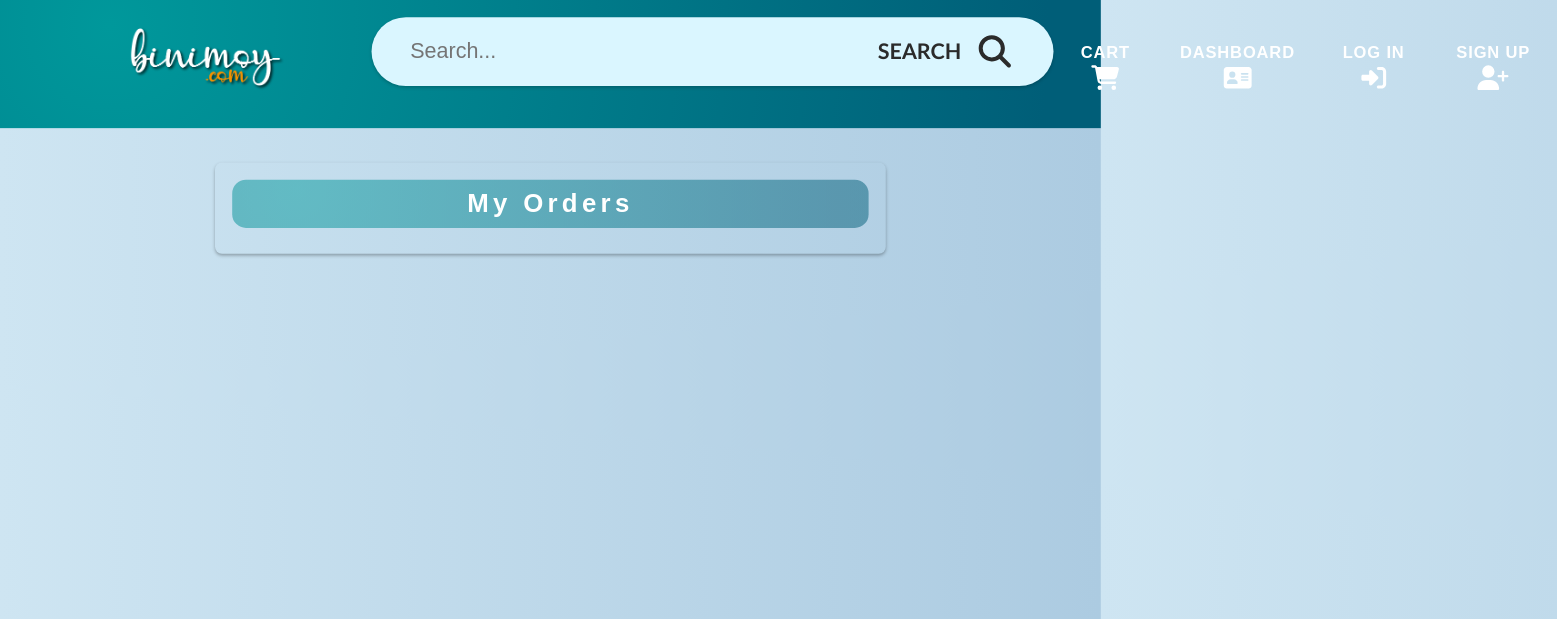
Repository: Shadman2024/2_1_DatabaseProject
Page: /orders (app in frontend/)
The author's editor kept a copy of each file at every save. The page is drawn from the files as they stood at one save, then again after the next save.
The browser window is 1280 px wide. The page is 1811 px wide, so the pictures cover 1811 px, including what lies to the right of the window. The pictures show the whole page, at 86% of full size.
The page's requests for data from a server got no answer. Some web libraries are served in a nearby version. The project was rebuilt for these pictures with package versions that can differ from the ones it lists, and the page was loaded fresh each time. No one was signed in, and anything a server would have sent is missing. Also part of the build but not shown: frontend/src/App.css, frontend/src/signUp/signup.js, frontend/src/logIn/login.js, frontend/src/Home/home.module.css, frontend/src/Home/hero.js, frontend/src/Home/hero2.js, frontend/src/Home/hero3.js, frontend/src/Home/smallcategory.module.css and 34 more.

Above is the page before, as saved 2024-03-09 14:07:43.

### frontend/public/index.html
<!DOCTYPE html>
<html lang="en">

<head>
  <meta charset="utf-8" />
  <link rel="icon" href="%PUBLIC_URL%/favicon.ico" />
  <meta name="viewport" content="width=device-width, initial-scale=1" />
  <meta name="theme-color" content="#000000" />
  <meta name="description" content="Web site created using create-react-app" />
  <link rel="apple-touch-icon" href="%PUBLIC_URL%/logo192.png" />
  <!--
      manifest.json provides metadata used when your web app is installed on a
      user's mobile device or desktop. See https://developers.google.com/web/fundamentals/web-app-manifest/
    -->
  <link rel="manifest" href="%PUBLIC_URL%/manifest.json" />
  <link href="https://cdn.jsdelivr.net/npm/bootstrap@5.0.2/dist/css/bootstrap.min.css" rel="stylesheet"
    integrity="sha384-EVSTQN3/azprG1Anm3QDgpJLIm9Nao0Yz1ztcQTwFspd3yD65VohhpuuCOmLASjC" crossorigin="anonymous">
  <!--
      Notice the use of %PUBLIC_URL% in the tags above.
      It will be replaced with the URL of the `public` folder during the build.
      Only files inside the `public` folder can be referenced from the HTML.

      Unlike "/favicon.ico" or "favicon.ico", "%PUBLIC_URL%/favicon.ico" will
      work correctly both with client-side routing and a non-root public URL.
      Learn how to configure a non-root public URL by running `npm run build`.
    -->
  <title>React App</title>
</head>

<body style="background: linear-gradient(to right, #cee5f2, #accbe1);
/* Other styles */
margin: 0;
height: 100vh;
color: white;">
<!-- <body style="background: #1B1B1B"> -->


  <noscript>You need to enable JavaScript to run this app.</noscript>
  <div id="root"></div>
  <!--
      This HTML file is a template.
      If you open it directly in the browser, you will see an empty page.

      You can add webfonts, meta tags, or analytics to this file.
      The build step will place the bundled scripts into the <body> tag.

      To begin the development, run `npm start` or `yarn start`.
      To create a production bundle, use `npm run build` or `yarn build`.
    -->
  <script src="https://cdn.jsdelivr.net/npm/bootstrap@5.0.2/dist/js/bootstrap.bundle.min.js"
    integrity="sha384-MrcW6ZMFYlzcLA8Nl+NtUVF0sA7MsXsP1UyJoMp4YLEuNSfAP+JcXn/tWtIaxVXM"
    crossorigin="anonymous"></script>
  <script src="https://cdn.jsdelivr.net/npm/@popperjs/core@2.9.2/dist/umd/popper.min.js"
    integrity="sha384-IQsoLXl5PILFhosVNubq5LC7Qb9DXgDA9i+tQ8Zj3iwWAwPtgFTxbJ8NT4GN1R8p"
    crossorigin="anonymous"></script>
  <script src="https://cdn.jsdelivr.net/npm/bootstrap@5.0.2/dist/js/bootstrap.min.js"
    integrity="sha384-cVKIPhGWiC2Al4u+LWgxfKTRIcfu0JTxR+EQDz/bgldoEyl4H0zUF0QKbrJ0EcQF"
    crossorigin="anonymous"></script>
  <script src="https://code.jquery.com/jquery-3.2.1.slim.min.js"
    integrity="sha384-KJ3o2DKtIkvYIK3UENzmM7KCkRr/rE9/Qpg6aAZGJwFDMVNA/GpGFF93hXpG5KkN"
    crossorigin="anonymous"></script>
  <script src="https://cdnjs.cloudflare.com/ajax/libs/popper.js/1.12.3/umd/popper.min.js"
    integrity="sha384-vFJXuSJphROIrBnz7yo7oB41mKfc8JzQZiCq4NCceLEaO4IHwicKwpJf9c9IpFgh"
    crossorigin="anonymous"></script>
  <script src="https://maxcdn.bootstrapcdn.com/bootstrap/4.0.0-beta.2/js/bootstrap.min.js"
    integrity="sha384-alpBpkh1PFOepccYVYDB4do5UnbKysX5WZXm3XxPqe5iKTfUKjNkCk9SaVuEZflJ"
    crossorigin="anonymous"></script>


</body>

</html>

### frontend/src/index.css
*{
  margin: 0;
  outline: none;
}
body {
  margin: 0;
  font-family: -apple-system, BlinkMacSystemFont, 'Segoe UI', 'Roboto', 'Oxygen',
    'Ubuntu', 'Cantarell', 'Fira Sans', 'Droid Sans', 'Helvetica Neue',
    sans-serif;
  -webkit-font-smoothing: antialiased;
  -moz-osx-font-smoothing: grayscale;
}

code {
  font-family: source-code-pro, Menlo, Monaco, Consolas, 'Courier New',
    monospace;
}
html {
  scroll-behavior: smooth;
  position: relative;
  min-height: 100%;
  overflow-x: hidden;
}

### frontend/src/signUp/signup.module.css

.login_box {
  position: absolute;
  top: 50%;
  left: 50%;
  width: 400px;
  padding: 40px;
  margin: 20px auto;
  transform: translate(-50%, -55%);
  background-image: radial-gradient( circle farthest-corner at 10% 20%,  rgba(0,152,155,1) 0.1%, rgba(0,94,120,1) 94.2% );
  box-sizing: border-box;
  box-shadow: 0 15px 25px rgba(0,0,0,.6);
  border-radius: 10px;
  color: #ffffff;
  font-size: large;
  /* padding-left: 100px;
  padding-right: 100px; */
}
.login_box .user_box {
  position: relative;
}

.login_box .user_box input {
  width: 100%;
  padding: 10px 0;
  font-size: 16px;
  color: #fffdfd;
  margin-bottom: 30px;
  border: none;
  /* background-color: #0F1F2A; */
  border-bottom: 1px solid #ffffff;
  outline: none;
  background: transparent;
  font-size: larger;
  /* font-weight: bolder; */
}

.login_box .user_box label {
  position: absolute;
  top: -20px;
  left: 0;
  padding: 10px 0;
  font-size: 20px;
  color: #ffffff;
  /* background-color: #2E5D7F; */
  pointer-events: none;
  transition: .5s;
  font-size: large;
  /* padding: 0px;
  padding-left: 20%;
  padding-right: 20%; */
  font-weight: bold;
}

.login_box .user_box input:focus ~ label,
.login_box .user_box input:valid ~ label {
  /* top: -20px; */
  left: 0;
  color: #ffffff;
  font-size: 20px;
  /* background-color: #242424; */
  padding: 0px;
  padding-left: 10px;
  padding-right: 10px;
  font-weight: bolder;
}


.login_box p:first-child {
  margin: 0 0 30px;
  padding: 0;
  color: #ffffff;
  text-align: center;
  font-size: 1.5rem;
  font-weight: bold;
  letter-spacing: 1px;
  padding-bottom: 30px;
}




.animated_button {
  position: relative;
  display: inline-block;
  padding: 12px 24px;
  border: none;
  font-size: 16px;
  background-color: inherit;
  border-radius: 100px;
  font-weight: 600;
  color: #ffffff;
  box-shadow: 0 0 0 2px #ffffff00;
  cursor: pointer;
  overflow: hidden;
  transition: all 0.6s cubic-bezier(0.23, 1, 0.320, 1);
  text-align: center;
  font-size: 1.2rem;
  /* font-weight: bold; */
  letter-spacing: 1px;
  /* padding-bottom: 30px; */
}

.animated_button span:last-child {
  position: absolute;
  top: 50%;
  left: 50%;
  transform: translate(-50%, -50%);
  width: 20px;
  height: 20px;
  background-color: #fff;
  /* color: #000; */
  border-radius: 50%;
  opacity: 0;
  transition: all 0.8s cubic-bezier(0.23, 1, 0.320, 1);
}

.animated_button span:first-child {
  position: relative;
  z-index: 1;
}

.animated_button:hover {
  box-shadow: 0 0 0 3px #ffffff;
  color: #2F0332;
}

.animated_button:active {
  scale: 0.95;
}

.animated_button:hover span:last-child {
  width: 150px;
  height: 150px;
  opacity: 1;
}

input {
  color: white;
  background-color: black;
}

::-ms-reveal {
  filter: invert(100%);
}

/* Chrome, Safari, Edge, Opera */
input::-webkit-outer-spin-button,
input::-webkit-inner-spin-button {
-webkit-appearance: none;
margin: 0;
}

### frontend/src/logIn/login.module.css


.login_box {
  position: absolute;
  top: 50%;
  left: 50%;
  width: 400px;
  padding: 40px;
  margin: 20px auto;
  transform: translate(-50%, -55%);
  background-image: radial-gradient( circle farthest-corner at 10% 20%,  rgba(0,152,155,1) 0.1%, rgba(0,94,120,1) 94.2% );
  box-sizing: border-box;
  box-shadow: 0 15px 25px rgba(0, 0, 0, .6);
  border-radius: 10px;
  color: #ffffff;
  font-size: large;
  /* padding-left: 100px;
  padding-right: 100px; */
}

.login_box .user_box {
  position: relative;
}

.login_box .user_box input {
  width: 100%;
  padding: 10px 0;
  font-size: 16px;
  color: #fffdfd;
  margin-bottom: 30px;
  border: none;
  /* background-color: #0F1F2A; */
  border-bottom: 1px solid #ffffff;
  outline: none;
  background: transparent;
  font-size: larger;
  /* font-weight: bolder; */
}

.login_box .user_box label {
  position: absolute;
  top: -20px;
  left: 0;
  padding: 10px 0;
  font-size: 20px;
  color: #ffffff;
  /* background-color: #2E5D7F; */
  pointer-events: none;
  transition: .5s;
  font-size: large;
  /* padding: 0px;
  padding-left: 20%;
  padding-right: 20%; */
  font-weight: bold;
}

.login_box .user_box input:focus~label,
.login_box .user_box input:valid~label {
  /* top: -20px; */
  left: 0;
  color: #ffffff;
  font-size: 20px;
  /* background-color: #242424; */
  padding: 0px;
  padding-left: 10px;
  padding-right: 10px;
  font-weight: bolder;
}


.login_box p:first-child {
  margin: 0 0 30px;
  padding: 0;
  color: #ffffff;
  text-align: center;
  font-size: 1.5rem;
  font-weight: bold;
  letter-spacing: 1px;
  padding-bottom: 30px;
}




.animated_button {
  position: relative;
  display: inline-block;
  padding: 12px 24px;
  border: none;
  font-size: 16px;
  background-color: inherit;
  border-radius: 100px;
  font-weight: 600;
  color: #ffffff;
  box-shadow: 0 0 0 2px #ffffff00;
  cursor: pointer;
  overflow: hidden;
  transition: all 0.6s cubic-bezier(0.23, 1, 0.320, 1);
  text-align: center;
  font-size: 1.2rem;
  /* font-weight: bold; */
  letter-spacing: 1px;
  /* padding-bottom: 30px; */
}

.animated_button span:last-child {
  position: absolute;
  top: 50%;
  left: 50%;
  transform: translate(-50%, -50%);
  width: 20px;
  height: 20px;
  background-color: #fff;
  /* color: #000; */
  border-radius: 50%;
  opacity: 0;
  transition: all 0.8s cubic-bezier(0.23, 1, 0.320, 1);
}

.animated_button span:first-child {
  position: relative;
  z-index: 1;
}

.animated_button:hover {
  box-shadow: 0 0 0 3px #ffffff;
  color: #2F0332;
}

.animated_button:active {
  scale: 0.95;
}

.animated_button:hover span:last-child {
  width: 150px;
  height: 150px;
  opacity: 1;
}

input {
  color: white;
  background-color: black;
}

::-ms-reveal {
  filter: invert(100%);
}

### frontend/src/dashboard/dashboard.module.css
body {
    /* font-family: Arial, sans-serif; */
    margin: 0;
    padding: 0;
    box-sizing: border-box;
    /* font-size: larger; */
}

.container {
    font-size: 30px;
    display: flex;
    justify-content: space-around;
    margin: 20px;
    margin-left: 130px;
    margin-right: 130px;
}

.user_info,
.order_info {
    flex-basis: 45%;
    padding: 20px;
    box-shadow: 0 0 10px rgba(0, 0, 0, 0.1);
}


.user_photo {
    width: 200px;
    height: 200px;
    object-fit: cover;
    border-radius: 50%;
    margin-bottom: 20px;
}

h2 {
    color: #333;
    margin-bottom: 15px;
}

p {
    line-height: 1.6;
    color: #666;
}

strong {
    color: #333;
}

@media (max-width: 768px) {
    .container {
        flex-direction: column;
        align-items: center;
    }

    .user-info,
    .order-info {
        flex-basis: 90%;
    }
}

.title {
    /* Add styles for your title here */
    margin-bottom: 10px;
    /* Example space between title and wrapper */
    font-size: 30px;
    color: rgb(255, 255, 255);
    font-weight: bolder;
    padding-left: 200px;
    background-image: radial-gradient( circle farthest-corner at 10% 20%,  rgba(0,152,155,1) 0.1%, rgba(0,94,120,1) 94.2% );
    margin-top: 0px;
    letter-spacing: 5px;
}

.animated_button {
    position: relative;
    display: inline-block;
    padding: 12px 24px;
    border: none;
    font-size: 16px;
    background-color: rgb(71, 0, 73);
    border-radius: 100px;
    font-weight: 600;
    color: rgb(255, 255, 255);
    box-shadow: 0 0 0 2px #ffffff00;
    cursor: pointer;
    overflow: hidden;
    transition: all 0.6s cubic-bezier(0.23, 1, 0.320, 1);
    text-align: center;
    font-size: 1.2rem;
    /* font-weight: bold; */
    letter-spacing: 1px;
    /* padding-bottom: 30px; */
}

.animated_button span:last-child {
    position: absolute;
    top: 50%;
    left: 50%;
    transform: translate(-50%, -50%);
    width: 20px;
    height: 20px;
    background-color: rgb(71, 0, 73);
    /* color: #000; */
    border-radius: 50%;
    opacity: 0;
    transition: all 0.8s cubic-bezier(0.23, 1, 0.320, 1);
}

.animated_button span:first-child {
    position: relative;
    z-index: 1;
}

.animated_button:hover {
    box-shadow: 0 0 0 3px #ffffff;
    color: #2F0332;
}

.animated_button:active {
    scale: 0.95;
}

.animated_button:hover span:last-child {
    width: 150px;
    height: 150px;
    opacity: 1;
}
.userDetails {
    margin-bottom: 10px;
    color: #0f0f0f;
    font-size: 30px;
}

.userDetails strong {
    color: #2c2c2c;
    font-weight: bold;
}
.user_photo{
    margin-top: 10px;
}

.userDetail {
    display: flex;
    align-items: center;
    margin-bottom: 10px;
}

.detailLabel, .detailValue {
    margin-right: 100px;
}

.detailLabel {
    /* If you want the labels to have a fixed width for alignment */
    width: 220px;
    font-weight: bold;
    color: #000;
}

.detailValue {
    flex-grow: 1;
    color: #333;
}

/* Your existing styles */

### frontend/src/orders/orders.module.css
/* orders.module.css */
.orders_container {
  padding: 20px;
  /* background: #f5f5f5; */
  border-radius: 8px;
  /* box-shadow: 0 2px 4px rgba(0,0,0,0.1); */
  margin-left: 250px;
  margin-right: 250px;
  margin-left: 250px;
  margin-top: 40px;
  margin-right: 250px;
  padding: 20px;
  /* background-color: #f9f9f9; */
  border-radius: 8px;
  box-shadow: 0 2px 4px rgba(0,0,0,0.3);
  /* background-color: #97adda; */
}

.title {
  font-size: 30px;;
  color: rgb(255, 255, 255);
  font-weight: bolder;
  background-image: radial-gradient( circle farthest-corner at 10% 20%,  rgba(0,152,155,50%) 0.1%, rgba(0,94,120,50%) 94.2% );
  margin-top: 0px;
  /* background-color: #ba96db; */
  letter-spacing: 5px;
  margin-bottom: 0px;
  padding-bottom: 0px;
  border-radius: 0.5rem;
  padding: 10px;
  text-align: center;
  border-radius: 1rem 1rem 1rem 1rem;
  margin-bottom: 10px;
}
.statusSection{
  background-color:#b894d9 ;
  padding: 10px;
  border-radius: 1rem 1rem 1rem 1rem;
}
.order {
  /* background: #ffffff; */
  padding: 15px;
  margin-bottom: 20px;
  /* border-radius: 8px; */
  /* box-shadow: 0 1px 3px rgba(0,0,0,0.12), 0 1px 2px rgba(0,0,0,0.24); */
  font-size: 20px;
  border-radius: 1rem 1rem 1rem 1rem;
  background-color: white;
}

.order h3 {
  color: #0275d8;
  font-size: 20px;
  margin-top: 0;
  margin-bottom: 10px;
}

.order p {
  color: #313131;
  margin: 5px 0;
}

ul {
  list-style-type: none;
  padding: 0;
}

li {
  margin: 5px 0;
  color: #363636;
}

strong {
  color: #333;
}

/* Specific styles for shipping and payment sections */
.order > div {
  margin-top: 10px;
  padding-top: 10px;
  border-top: 1px solid #eee;
}

/* Adjust the below properties as per your UI requirements */
.orders_table {
  width: 100%;
  border-collapse: collapse;
}

.orders_table th, .orders_table td {
  text-align: left;
  padding: 8px;
  border-bottom: 1px solid #ddd;
}

.orders_table th {
  background-color: #f9f9f9;
}
.orders_table {
  width: 100%;
  margin-top: 10px;
  border-collapse: collapse;
}

.orders_table th, .orders_table td {
  text-align: left;
  padding: 8px;
  border-bottom: 1px solid #ddd;
}

.orders_table th {
  background-color: teal;
  /* color: #313131; */
}
.orders_table td {
  background-color: #e0e0e0;
  color: #313131;
}
.options{
  width: 50%;
  color: #313131;

}

.optioncontainer{
  width: 50%;
  text-align: center;
  height: 70px;
  border: 1px solid #11111100;
  border-radius: 1rem 1rem 1rem 1rem;
}

### frontend/src/Home/hero.module.css
.hero {
    /* height: 100vh; */
    background: linear-gradient(180deg, #fde1ff, #e1ffea22 60%);
    display: flex;
    margin-bottom: 25px;
}

.hero_left {
    flex: 1;
    display: flex;
    flex-direction: column;
    /* justify-content: center; */
    padding-top: 10px;
    gap: 2px;
    padding-left: 10px;
    line-height: 1.1;
}

.hero_left h2 {
    color: rgb(41, 0, 35);
    font-size: 26 px;
    font-weight: 600;
}

.hero_left p {
    color: rgb(50, 0, 54);
    font-size: 100px;
    font-weight: 600;
}

.hero_hand_icon {
    display: flex;
    align-items: center;
    gap: 20px;
}

.image {
    /* max-width: 100%; */
    width: 199%;
    height: 500px;
    display: block; /* Ensure images resize within their container */
    border: 2px solid black;
    border-radius: 0.4rem;
  }

/* .hero-latest-btn{
    display: flex;
    justify-content: center;
    align-items: center;
    gap: 15px;
    width: 310px;
    height: 70px;
    background: #3d1a3f;
    color: white;
    font-size: 22px;
    font-weight: 500;

} */

.hero_right {
    flex: 1;
    display: flex;
    align-items: center;
    justify-content: center;
}

button {
    position: relative;
    display: inline-block;
    cursor: pointer;
    outline: none;
    border: 0;
    vertical-align: middle;
    text-decoration: none;
    background: transparent;
    padding: 0;
    font-size: inherit;
    font-family: inherit;
}

button.learn_more {
    width: 12rem;
    height: auto;
}

button.learn_more .circle {
    transition: all 0.45s cubic-bezier(0.65, 0, 0.076, 1);
    position: relative;
    display: block;
    margin: 0;
    width: 3rem;
    height: 3rem;
    background: #ffffff;
    border-radius: 1.625rem;
}

button.learn_more .circle .icon {
    transition: all 0.45s cubic-bezier(0.65, 0, 0.076, 1);
    position: absolute;
    top: 0;
    bottom: 0;
    margin: auto;
    background: #ffffff;
}

button.learn_more .circle .icon {
    transition: all 0.45s cubic-bezier(0.65, 0, 0.076, 1);
    left: 0.625rem;
    width: 1.125rem;
    height: 0.125rem;
    background: none;
}

button.learn_more .circle .icon::before {
    position: absolute;
    content: "";
    top: -0.29rem;
    right: 0.0625rem;
    width: 0.625rem;
    height: 0.625rem;
    border-top: 0.125rem solid #020202;
    border-right: 0.125rem solid #000000;
    transform: rotate(45deg);
}

button.learn_more .button_text {
    transition: all 0.45s cubic-bezier(0.65, 0, 0.076, 1);
    position: absolute;
    top: 0;
    left: 0;
    right: 0;
    bottom: 0;
    padding: 0.75rem 0;
    margin: 0 0 0 1.85rem;
    color: #ffffff;
    font-weight: 700;
    line-height: 1.6;
    text-align: center;
    text-transform: uppercase;
}

button:hover .circle {
    width: 100%;
}

button:hover .circle .icon{
    background: #000000;
    transform: translate(1rem, 0);
}

button:hover .button_text {
    color: #000000;
}

### frontend/src/Home/hero3.module.css
.hero {
    height: 10vh;
    /* Layer the gradient over the image */
    background-image: linear-gradient(90deg, #ffffff, #ffffff22 70%), url('hero3image.jpg');
    background-size: cover; /* Cover the entire area */
    background-position: center; /* Center the image */
    display: flex;
    padding-top: 20%;
    padding-bottom: 20%;
    /* If you want the image to not scroll with the page, use the following line */
    background-attachment: fixed;
}


.hero_left {
    flex: 1;
    display: flex;
    flex-direction: column;
    justify-content: center;
    gap: 20px;
    padding-left: 180px;
    line-height: 1.1;
}

.hero_left h2 {
    color: rgb(46, 0, 27);
    font-size: 26px; /* Corrected the space issue between '26' and 'px' */
    font-weight: 600;
    /* text-shadow: 2px 2px 4px rgba(0, 0, 0, 0.9); Example shadow: horizontal, vertical, blur, color */
}

.hero_left p {
    color: rgb(58, 0, 50);
    font-size: 100px;
    font-weight: 600;
    /* text-shadow: 3px 9px 9px rgba(0, 0, 0, 0.9); Slightly larger shadow for larger text */
}


.hero_hand_icon {
    display: flex;
    align-items: center;
    gap: 20px;
}

/* .hero-latest-btn{
    display: flex;
    justify-content: center;
    align-items: center;
    gap: 15px;
    width: 310px;
    height: 70px;
    background: #3d1a3f;
    color: white;
    font-size: 22px;
    font-weight: 500;

} */

.hero_right {
    flex: 1;
    display: flex;
    align-items: center;
    justify-content: center;
}

button {
    position: relative;
    display: inline-block;
    cursor: pointer;
    outline: none;
    border: 0;
    vertical-align: middle;
    text-decoration: none;
    background: transparent;
    padding: 0;
    font-size: inherit;
    font-family: inherit;
}

button.learn_more {
    width: 12rem;
    height: auto;
}

button.learn_more .circle {
    transition: all 0.45s cubic-bezier(0.65, 0, 0.076, 1);
    position: relative;
    display: block;
    margin: 0;
    width: 3rem;
    height: 3rem;
    background: #360029;
    border-radius: 1.625rem;
}

button.learn_more .circle .icon {
    transition: all 0.45s cubic-bezier(0.65, 0, 0.076, 1);
    position: absolute;
    top: 0;
    bottom: 0;
    margin: auto;
    background: #1d0018;
}

button.learn_more .circle .icon {
    transition: all 0.45s cubic-bezier(0.65, 0, 0.076, 1);
    left: 0.625rem;
    width: 1.125rem;
    height: 0.125rem;
    background: none;
}

button.learn_more .circle .icon::before {
    position: absolute;
    content: "";
    top: -0.29rem;
    right: 0.0625rem;
    width: 0.625rem;
    height: 0.625rem;
    border-top: 0.125rem solid #ffffff;
    border-right: 0.125rem solid #ffffff;
    transform: rotate(45deg);
}

button.learn_more .button_text {
    transition: all 0.45s cubic-bezier(0.65, 0, 0.076, 1);
    position: absolute;
    top: 0;
    left: 0;
    right: 0;
    bottom: 0;
    padding: 0.75rem 0;
    margin: 0 0 0 1.85rem;
    color: #1b0017;
    font-weight: 700;
    line-height: 1.6;
    text-align: center;
    text-transform: uppercase;
}

button:hover .circle {
    width: 100%;
}

button:hover .circle .icon{
    background: #ffffff;
    transform: translate(1rem, 0);
}

button:hover .button_text {
    color: #ffffff;
}

Loaded but not shown: frontend/src/orders/orders.js (170 lines, source omitted); frontend/src/NavBar/nav.js (82 lines, source omitted); frontend/src/App.js (82 lines, source omitted); frontend/src/index.js (10 lines, source omitted); frontend/src/seach/search.module.css (299 lines, source omitted); frontend/src/NavBar/nav.module.css (307 lines, source omitted); frontend/src/checkout/checkout.module.css (215 lines, source omitted); frontend/src/Home/hero2.module.css (153 lines, source omitted)

After the next save:
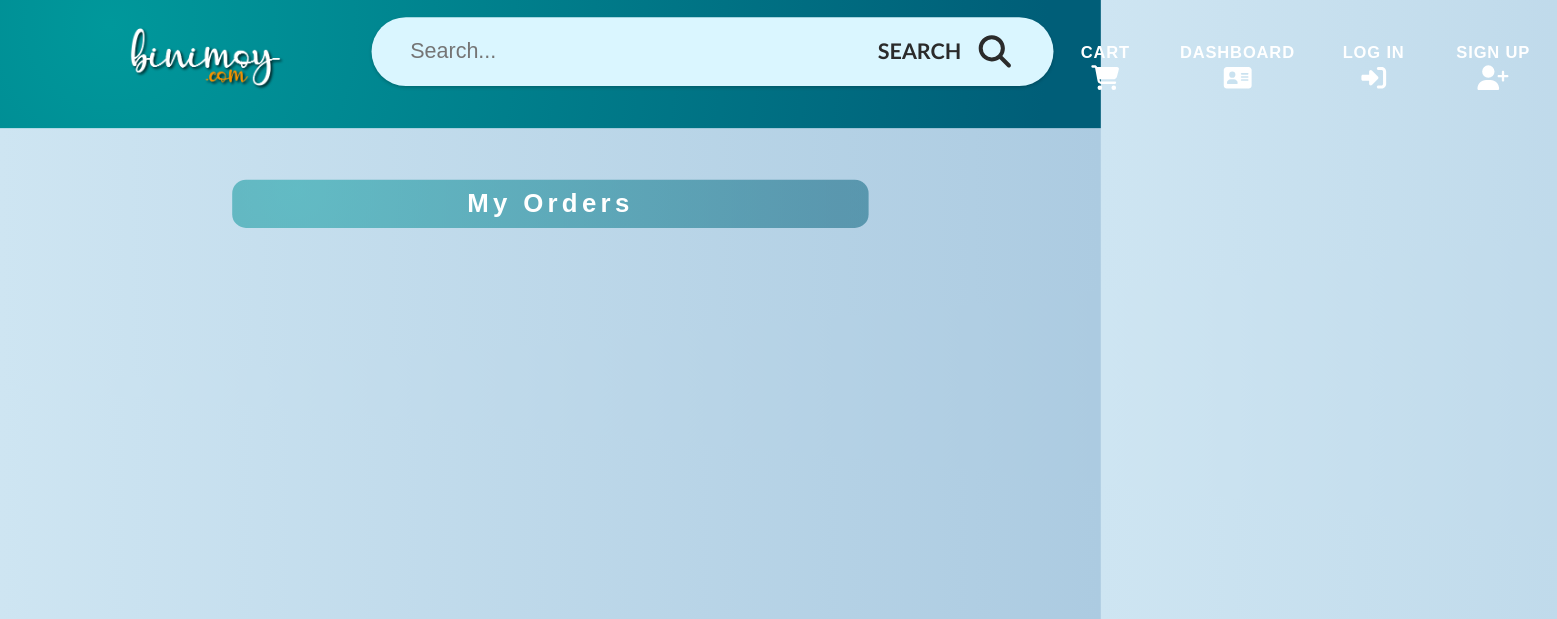
Saved 4 s later.
--- a/frontend/src/orders/orders.module.css
+++ b/frontend/src/orders/orders.module.css
@@ -12,7 +12,7 @@
   padding: 20px;
   /* background-color: #f9f9f9; */
   border-radius: 8px;
-  box-shadow: 0 2px 4px rgba(0,0,0,0.3);
+  /* box-shadow: 0 2px 4px rgba(0,0,0,0.3); */
   /* background-color: #97adda; */
 }
 
